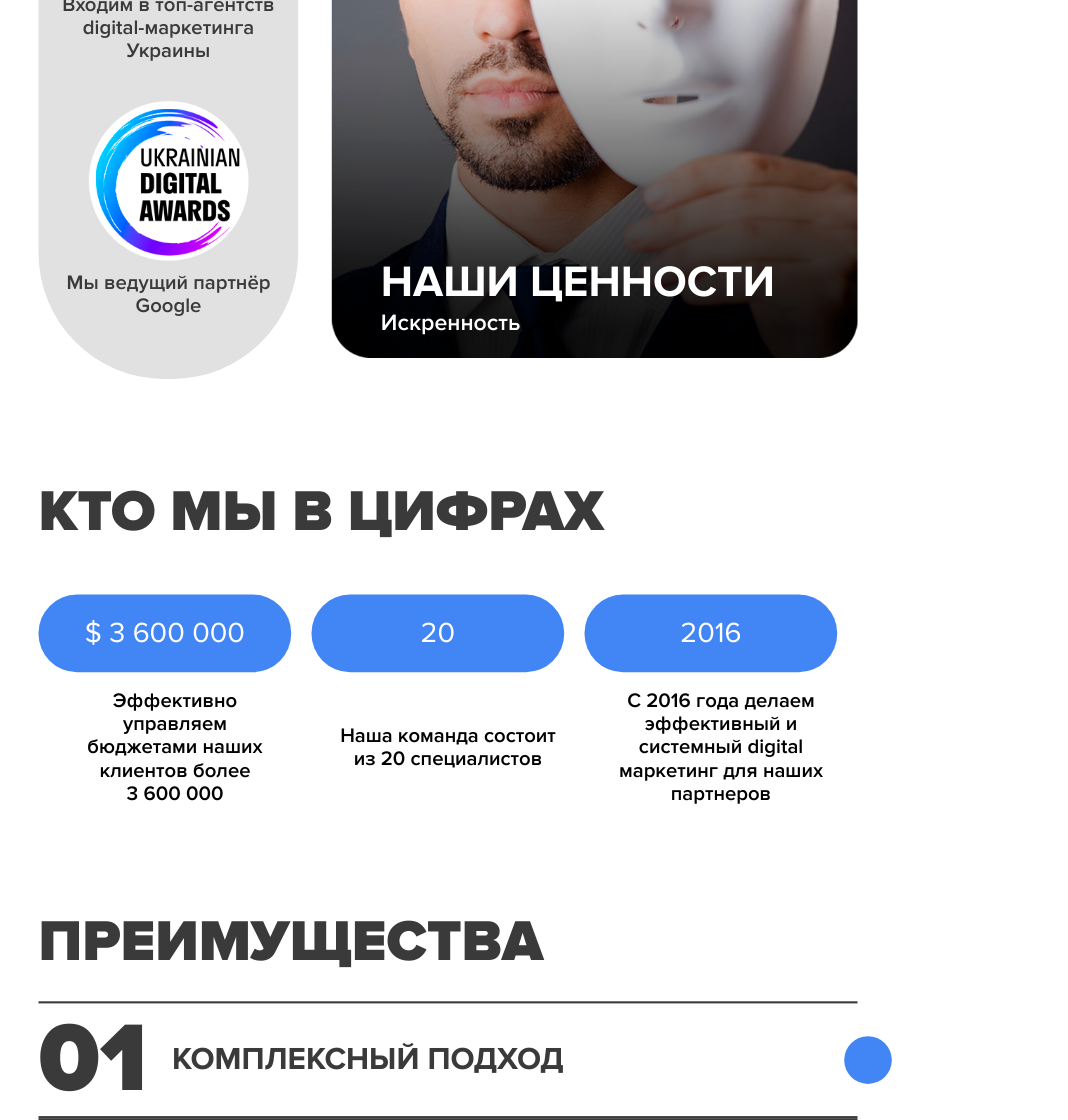
Repository: fanbear/Mnews
Page: index.html
These files come from the project's save history. The page is drawn as it stood at one moment and after the next save; the edit follows.
The browser window is 1280 px wide. The page is 1525 px wide, so the pictures cover 1525 px, including what lies to the right of the window. The pictures show the part of the page from y = 2079 to 3679 px (the page is 3679 px tall), at 70% of full size.
Some web libraries are served in a nearby version.

Above is the page before, as saved 2022-07-26 21:02:12.

### index.html
<!DOCTYPE html>
<html lang="ua">

<head>
    <meta charset="UTF-8">
    <meta http-equiv="X-UA-Compatible" content="IE=edge">
    <meta name="viewport" content="width=device-width, initial-scale=1.0">
    <title>Document</title>
    <link rel="stylesheet" href="./css/normalize.css">
    <link rel="stylesheet" href="./css/bootstrap-grid.min.css">
    <link rel="stylesheet" href="css/critical.css">

    <link rel="stylesheet" href="https://cdnjs.cloudflare.com/ajax/libs/font-awesome/6.1.2/css/all.min.css">
    <link rel="stylesheet" href="css/main.css">

</head>

<body>
    <header class="header">
        <div class="container">
            <div class="row">
                <div class="col-xl-2">
                    <a href="/" class="header-logo">
                        <img src="./image/logotype.png" alt="Mnews" width="145" height="60">
                    </a>
                </div>
                <div class="col-xl-4"></div>
                <div class="col-xl-4"><a class="header-mail" href="mailTo:m@mnews.agency ">m@mnews.agency</a></div>
                <div class="col-xl-1 header-active">
                    <div class="header-search">
                        <img src="./image/search.png" alt="search-mnews" width="30" height="30">
                    </div>
                    <div class="header-callback">
                        <a href="tel:09966668741"><img src="./image/callback.png" width="27" height="27"
                                alt="mnews-callback"></a>
                    </div>
                </div>
                <div class="col-xl-1 header-menu">
                    <div class="header-language">
                        <a class="header-language__active" href="/">Ua</a>
                        <a href="/en">En</a>
                    </div>
                    <div class="header-menu">
                        <div class="header-menu__button">
                            <span class="circle"></span>
                            <span class="circle"></span>
                            <span class="circle"></span>
                        </div>
                        <div class="header-menu__list">
                            <ul>
                                <li><a href="/">О нас</a></li>
                                <li><a href="/">Отзывы</a></li>
                                <li><a href="/">Услуги</a></li>
                                <li><a href="/">Портфолио</a></li>
                                <li><a href="/">Клиенты</a></li>
                                <li><a href="/">Статьи</a></li>
                                <li><a href="/">Курс по Merchant Center</a></li>
                                <li><a href="/">Курсы по digital маркетингу</a></li>
                            </ul>
                        </div>
                    </div>
                </div>
            </div>
        </div>
    </header>
    <main class="main">

        <div class="container-fluid main-agency">

            <div class="main-agency__bg">
                <div class="main-agency__text">
                    <div class="container">
                        <div class="row" style="position: relative;">
                            <div class="main-agency__name">MNEWS.AGENCY</div>
                            <h1>АГЕНТСТВО <br> ИНТЕРНЕТ МАРКЕТИНГА</h1>
                            <div class="main-agency__brif">
                                <span>Обсудим Ваш проект прямо сейчас?</span>
                                <a href="/"><span>Перейти к брифу</span></a>
                            </div>
                            <div class="main-agency__network">
                                <a href="/"><i class="fa-brands fa-facebook-f"></i></a>
                                <a href="/"><i class="fa-brands fa-instagram"></i></a>
                                <a href="/"><i class="fa-brands fa-youtube"></i></a>
                                <a href="/"><i class="fa-brands fa-telegram"></i></a>
                                <a href="/"><i class="fa-brands fa-behance"></i></a>
                                <a href="/"><i class="fa-brands fa-ups"></i></a>
                            </div>
                        </div>
                    </div>
                </div>
                <img src="./image/main-page-header-bg.png" alt="mnews-agency" width="100%" height="auto">
            </div>
        </div>

        <div class="container who">
            <div class="row">
                <div class="who-text">
                    Агентство интернет маркетинга в Киеве и Харькове.
                    Как найти агентство интернет-маркетинга, чья работа будет эффективной для вашего бизнеса?
                    Почему Mnews пользуется популярностью?
                </div>
                <div class="who-title">
                    <h2>КТО МЫ?</h2>
                </div>
                <div class="who-elements">
                    <aside class="who-elements__bar">
                        <div class="who-elements__bar-items">
                            <img src="./image/who-bar-1.png" alt="Мы маркетинг-партнеры Facebook" width="228"
                                height="228">
                            <p>Мы <br> маркетинг-партнеры <br> Facebook</p>
                        </div>
                        <div class="who-elements__bar-items">
                            <img src="./image/who-bar-2.png" alt="Входим в топ-агентств digital-маркетинга Украины"
                                width="228" height="228">
                            <p>Входим в топ-агентств <br> digital-маркетинга <br> Украины</p>
                        </div>
                        <div class="who-elements__bar-items">
                            <img src="./image/who-bar-3.png" alt="Мы ведущий партнёр Google" width="228" height="228">
                            <p>Мы ведущий партнёр <br> Google</p>
                        </div>
                    </aside>
                    <div class="who-elements__items">
                        <div class="who-elements__item">
                            <img src="./image/who-elements-item-1.png" alt="НАША МИССИЯ" width="751" height="579">
                            <p>НАША МИССИЯ</p>
                            <span>Способствовать развитию бизнеса</span>
                        </div>
                        <div class="who-elements__item item-white">
                            <img src="./image/who-elements-item-2.png" alt="НАШИ ЦЕННОСТИ" width="751" height="579">
                            <p>НАШИ ЦЕННОСТИ</p>
                            <span>Искренность</span>
                        </div>

                    </div>
                </div>
                <div class="who-digit">
                    <div class="who-digit__title">КТО МЫ В ЦИФРАХ</div>
                    <div class="who-digit__wrapper">
                        <div class="who-digit-item">
                            <lable><span>$ 3 600 000</span></lable>
                            <p>Эффективно управляем бюджетами наших клиентов более <br> 3 600 000</p>
                        </div>
                        <div class="who-digit-item">
                            <lable><span>20</span></lable>
                            <p>Наша команда состоит из 20 специалистов</p>
                        </div>
                        <div class="who-digit-item">
                            <lable><span>2016</span></lable>
                            <p>С 2016 года
                                делаем эффективный
                                и системный
                                digital маркетинг для наших партнеров</p>
                        </div>
                    </div>
                </div>
            </div>
        </div>
        <div class="container benefits">
            <div class="row">
                <div class="benefits-title">ПРЕИМУЩЕСТВА</div>
                <div class="benefits-tab__wrapper">
                    <div class="benefint-tab__item">
                        <div class="benefint-tab__item-head">
                            <div class="col-lg-12">
                                <p>01</p>
                            </div>

                        </div>
                        <div class="benefint-tab__item-body">
                            <p>КОМПЛЕКСНЫЙ ПОДХОД</p>
                        </div>
                        <div class="benefint-tab__item-button">
                            <span class="benefint-tab__item-horizontal"></span>
                            <span class="benefint-tab__item-vertical"></span>
                        </div>
                    </div>
                    <div class="benefint-tab__item"></div>
                    <div class="benefint-tab__item"></div>
                </div>
            </div>
        </div>


    </main>
    <footer class="footer">

        <script src="/js/bootstrap.min.js"></script>
        <script src="js/menu.js"></script>
        <script src="js/main.js"></script>
        <script src="https://kit.fontawesome.com/97e5db9e95.js" crossorigin="anonymous"></script>

    </footer>
</body>

</html>

### css/critical.css
@import 'settings.css';


.container {
    max-width: 1170px;
}

.container-fluid {
    padding: 0;
}

a {
    text-decoration: none;
    padding: 0;
    margin: 0;
}

p {
    padding: 0;
    margin: 0;
}

ul {
    padding: 0;
    margin: 0;
}

body {
    font-family: "ProximaNova";
}

/* Header style **********************
***************************************/
header {
    height: 90px;
    display: flex;
    justify-content: center;
    align-items: center;
}

.header-mail {
    display: flex;
    align-items: center;
    justify-content: center;
    height: 100%;
    color: var(--main-text-color);
    font-size: var(--standart-text-size);
    font-weight: bold;

}

.header-active {
    display: flex;
    align-items: center;
    justify-content: space-between;
}

.header-menu {
    display: flex;
    justify-content: space-between;
}

.header-language {
    display: flex;
    height: 100%;
    flex-direction: column;
    justify-content: center;
    margin-left: -10px;
}

.header-language a {
    font-size: 16px;
    color: var(--main-text-color);
    display: flex;
    justify-content: flex-end;
    font-weight: 200;
}

.header-language .header-language__active {
    font-size: 20px;
    color: #4285f4;
    display: flex;
    justify-content: flex-end;
    font-weight: bold;
}

.header-menu {
    position: relative;
}

.header-menu__button {
    display: flex;
    align-items: center;
    flex-direction: row;
    cursor: pointer;
    animation: menu-close 0.8s
}

.header-menu__button span {
    width: 10px;
    height: 10px;
    background: black;
    border-radius: 6px;
    margin: 0 1px;
}

.header-menu__button-active {
    justify-content: center;
    animation: menu-open 0.8s;
    flex-direction: column;
}

.header-menu__button-active span {
    background: #4285f4;
    transition: 0.4s;
    margin: 1px 0;
}




.header-menu__list {
    opacity: 0;
    position: absolute;
    top: -400px;
    right: -300px;
    background: var(--color-darkgrey);
    padding: 12px 15px 19px 29px;
    z-index: 9999;
    width: 190px;
    border-radius: 30px 0 30px 30px;
    animation: list-close 0.6s
}

.header-menu__list ul {
    text-align: right;
    margin: 0;
    padding: 0;
}

.header-menu__list ul li {
    list-style: none;
    padding: 5px 0;
}

.header-menu__list ul li a {
    text-decoration: none;
    white-space: nowrap;
    color: white;
    font-size: 16px;
    line-height: 12.5px;
}

.header-menu__list-active {
    opacity: 1;
    top: 90px;
    right: 0;
    animation: list-open 0.8s
}

@keyframes menu-open {
    0% {

        transform: scale(0);
    }

    100% {

        transform: scale(1);

    }
}

@keyframes menu-close {
    0% {

        transform: scale(0);
    }

    100% {

        transform: scale(1);
    }
}

@keyframes list-open {
    0% {
        top: -400px;
        right: -300px;
        transform: scale(0);
    }

    50% {
        top: -200px;
        right: -150px;
        transform: scale(0.5);
    }

    100% {
        top: 90px;
        right: 0;
        transform: scale(1);
    }
}

@keyframes list-close {
    0% {
        top: 90px;
        right: 0px;
        transform: scale(1);
        opacity: 1;
    }

    50% {
        top: -200px;
        right: -150px;
        transform: scale(0.5);
        opacity: 0.5;
    }

    100% {
        top: -400px;
        right: -300px;
        transform: scale(0);
        opacity: 0;
    }
}

/* Home page ******************************
********************************* */

.main-agency__bg {
    width: 100%;
    display: flex;
    height: auto;
    position: relative;
    margin-top: 5px;
    padding: 0;
}

.main-agency__text {
    position: absolute;
    display: flex;
    width: 100%;
}

.main-agency__name {
    margin-top: 190px;
    font-size: var(--medium-text-size);
    color: var(--main-text-color);
    font-weight: bold;
}

.main-agency__text h1 {
    color: white;
    margin-top: 60px;
    font-size: var(--big-text-size);
    font-weight: bold;
}

.main-agency__brif {
    margin-top: 257px;
    padding: 20px 23px 20px 68px;
    background: var(--color-darkgrey);
    border-radius: 55px;
    display: flex;
    align-items: center;
    justify-content: space-between;
}

.main-agency__brif span {
    color: white;
    font-size: var(--minimal-text-size);
    text-transform: uppercase;
}

.main-agency__brif a {
    padding: 20px 58px;
    border-radius: 34px;
    background: var(--color-blue);
    font-size: var(--medium-text-size);
    display: flex;
    color: white;
    font-weight: bold;
    text-transform: uppercase;
}

.main-agency__network {
    display: flex;
    flex-direction: column;
    align-items: flex-end;
    justify-content: center;
    position: absolute;
    right: 0;
    top: calc(50% - 26px * 6)
}

.main-agency__network a {
    display: flex;
    justify-content: center;
    width: 36px;
    margin: 6px 0;
}

.main-agency__network a i {
    font-size: 30px;
    color: var(--main-text-color);
    transition: 0.4s;
}

.main-agency__network a:nth-child(3) i {
    color: white;
}

.main-agency__network a i:hover {
    font-size: 40px;
    transition: 0.4s;
}


@font-face {
    font-family: "ProximaNova";
    src: url("../fonts/ProximaNova-Regular.ttf") format("truetype");
    font-style: normal;
    font-weight: 400;
}


@font-face {
    font-family: "ProximaNova";
    src: url("../fonts/ProximaNova-Bold.ttf") format("truetype");
    font-style: normal;
    font-weight: 600;
}

@font-face {
    font-family: "ProximaNova";
    src: url("../fonts/ProximaNova-Semibold.ttf") format("truetype");
    font-style: normal;
    font-weight: 500;
}

@font-face {
    font-family: "ProximaNova";
    src: url("../fonts/ProximaNova-Light.ttf") format("truetype");
    font-style: normal;
    font-weight: 200;
}

@font-face {
    font-family: "ProximaNova";
    src: url("../fonts/ProximaNova-Black.ttf") format("truetype");
    font-style: normal;
    font-weight: 800;
}

### css/main.css
/* .main {
    display: flex;
    flex-direction: column;
} */
/* html {
    overflow-x: hidden;
} */


img {
    max-width: 100%;
    display: block;
}

/* Who main page *********************************
************************************************** */
.who {
    display: flex;
    flex-direction: column;
    width: 100%;
}

.who-text {
    margin: 12px 0 108px 0;
    width: 80%;
    font-size: 41px;
    color: var(--main-text-color);
    font-weight: 500;
}

.who-title h2 {
    font-size: var(--big-text-size);
    color: var(--main-text-color);
    font-size: 800;
}

.who-elements {
    display: flex;
    justify-content: space-between;
}

.who-elements__bar {
    max-width: 361px;
    display: flex;
    flex-direction: column;
    justify-content: space-between;
    align-items: center;
    background-color: #e1e1e1;
    padding: 78px 25px;
    border-radius: 180px;

}

.who-elements__bar-items {
    display: flex;
    flex-direction: column;
    justify-content: center;
    align-items: center;
    margin: 9px;
}

.who-elements__bar-items p {
    text-align: center;
    margin-top: 15px;
    font-size: var(--minimal-text-size);
    font-weight: 500;
    color: var(--main-text-color);
}

.who-elements__item {
    position: relative;
    padding: 30px 0;
}

.who-elements__item p {
    font-size: var(--medium-text-size);
    color: var(--main-text-color);
    font-weight: 600;
    position: absolute;
    bottom: 100px;
    left: 70px;
}

.who-elements__item span {
    font-size: var(--standart-text-size);
    color: var(--main-text-color);
    position: absolute;
    font-weight: 500;
    bottom: 60px;
    left: 70px;
}

.who-elements__items .item-white p,
.who-elements__items .item-white span {
    color: white;
}

.who-digit {
    margin-top: 142px;
}

.who-digit__title {
    font-size: var(--big-text-size);
    color: var(--main-text-color);
    font-weight: 800;
}

.who-digit__wrapper {
    display: flex;
    justify-content: space-between;
    margin-top: 71px;
}

.who-digit-item {
    width: calc(100% / 3);
    height: 300px;
}

.who-digit-item lable {
    display: flex;
    justify-content: center;
    align-items: center;
    font-size: 41px;
    color: white;
    background-color: #4285f4;
    max-width: 361px;
    min-height: 111px;
    border-radius: 55px;
}

.who-digit__wrapper .who-digit-item p {
    font-size: var(--minimal-text-size);
    font-weight: 500;
    width: 80%;
    margin: 32px auto 0 auto;
    display: flex;
    align-items: center;
    height: 100%;
    text-align: center;
    height: 150px;
}

.digit-animation-0 {
    animation: typing 3.5s steps(60, end), blink-caret .7s step-end infinite;
    overflow: hidden;
    white-space: nowrap;
    text-align: center;
}

.digit-animation-1 {
    animation: typing 5s steps(30, end), blink-caret .7s step-end infinite;
    overflow: hidden;
    white-space: nowrap;
    text-align: center;
}

.digit-animation-2 {
    animation: typing 5s steps(30, end), blink-caret .7s step-end infinite;
    overflow: hidden;
    white-space: nowrap;
    text-align: center
}

@keyframes digit-animation {
    0% {
        transform: scale(1);
    }

    50% {
        transform: scale(0.95);
    }

    100% {
        transform: scale(1);
    }
}

@keyframes typing {
    from {
        width: 0
    }

    to {
        width: 100%
    }
}

@keyframes blink-caret {
    from, to {
        border-color: transparent
    }

    50% {
        border-color: orange
    }
}

/* Benefits main page ******************
******************************************/
.benefits {
    margin-top: 149px;
}

.benefits-title {
    font-size: var(--big-text-size);
    color: var(--main-text-color);
    font-weight: 800;
}

.benefits-tab__wrapper {
    margin-top: 37px;
}

.benefint-tab__item {
    border-top: 3px solid var(--main-text-color);
    display: flex;
    align-items: center;
    position: relative;
}

.benefint-tab__item-head p {
    font-size: 140px;
    font-weight: 800;
    color: var(--main-text-color)
}

.benefint-tab__item-body p {
    font-size: 45px;
    font-weight: 600;
    color: var(--main-text-color);
    margin-left: 35px;
}

.benefint-tab__item-button {
    width: 68px;
    height: 68px;
    border-radius: 50%;
    background-color: var(--color-blue);
    position: absolute;
    right: -49px;
    top: calc(50% - 34px)
}

### css/settings.css
:root {
    /* color */
    --main-text-color: #3a3a3a;
    --color-darkgrey: #3a3a3a;
    --color-blue: #4285f4;
    /* font-size */
    --minimal-text-size: 29px;
    --standart-text-size: 33px;
    --medium-text-size: 63px;
    --big-text-size: 83px;
}

/* :text {

} */

### js/menu.js
document.addEventListener('DOMContentLoaded', () => {
    const menuBtn = document.querySelector('.header-menu__button');
    const list = document.querySelector('.header-menu__list');

    const menuToggle = () => {
        list.classList.toggle('header-menu__list-active');
        menuBtn.classList.toggle('header-menu__button-active');
        return 0;

    }


    menuBtn.addEventListener('click', () => {
        menuToggle();
    })
})

### js/main.js
// digital count *********************
//************************************ */

let onScrollSwitch = false;
const digitWrapper = document.querySelector('.who-digit__wrapper');

const digitWidget = () => {
    const digitals = document.querySelectorAll('.who-digit-item');

    digitals.forEach((item, i) => {
        item.querySelector('span').classList.add(`digit-animation-${i}`);
    })
    return true;
}

if (digitWrapper) {
    document.addEventListener('scroll', (v) => {

        const offset = digitWrapper.offsetTop;
        let posTop = (window.pageYOffset !== undefined) ? window.pageYOffset : (document.documentElement || document.body.parentNode || document.body).scrollTop;

        if ((posTop + 700 > offset) && onScrollSwitch == false) {
            onScrollSwitch = digitWidget();
        }

    })
}

Loaded but not shown: css/normalize.css (library); css/bootstrap-grid.min.css (library); js/bootstrap.min.js (library)

After the next save:
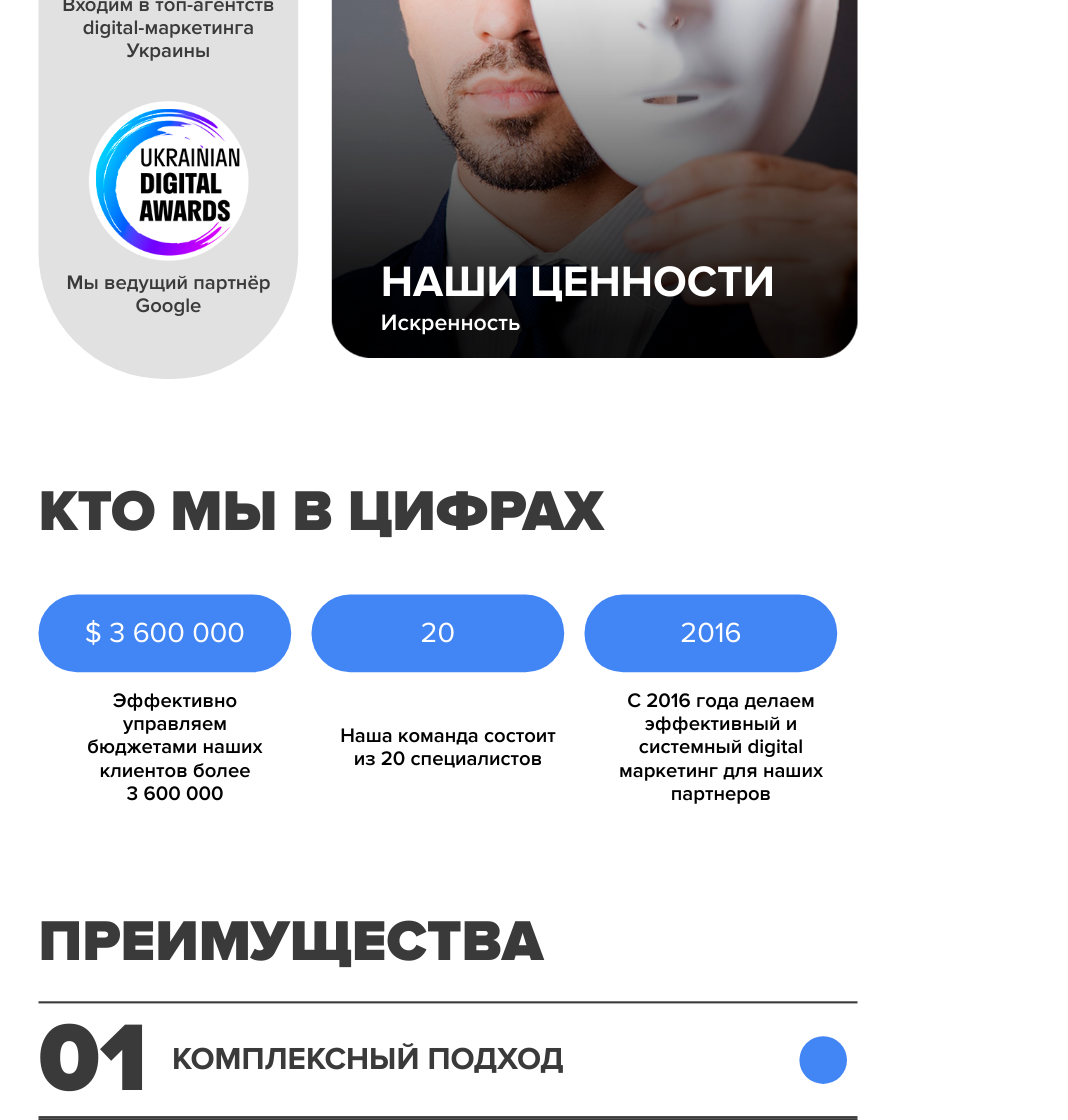
Saved 7 s later.
--- a/css/main.css
+++ b/css/main.css
@@ -237,6 +237,6 @@
     border-radius: 50%;
     background-color: var(--color-blue);
     position: absolute;
-    right: -49px;
+    right: 15px;
     top: calc(50% - 34px)
 }
